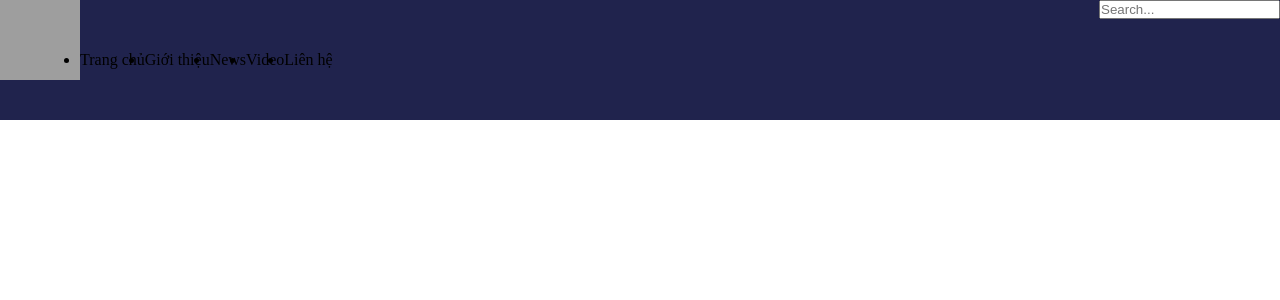
Repository: Luong-tung/newtopics
Page: index2.html
An editor plug-in stored every save of this project. The page is shown before and after the next save, followed by the edit.
The browser window is 1280 px wide. The pictures show the whole page.
Pictures or frames that could not be fetched are drawn as grey boxes. Some web libraries are served in a nearby version.

Above is the page before, as saved 2021-10-07 17:53:22.

### index2.html
<!DOCTYPE html>
<html lang="en">
<head>
    <meta charset="UTF-8">
    <meta http-equiv="X-UA-Compatible" content="IE=edge">
    <meta name="viewport" content="width=device-width, initial-scale=1.0">
    <title>trang web thương mai điện tử</title>
    <link rel="stylesheet" href="iu2.css">
    <link rel="stylesheet" href="https://pro.fontawesome.com/releases/v5.10.0/css/all.css" integrity="sha384-AYmEC3Yw5cVb3ZcuHtOA93w35dYTsvhLPVnYs9eStHfGJvOvKxVfELGroGkvsg+p" crossorigin="anonymous"/>
    <link rel="stylesheet" href="grid.css">

</head>
<body>
    <div class="header">
        <div class="logo">
            <img src="https://scontent.fhan3-5.fna.fbcdn.net/v/t1.15752-9/243148085_229171089102243_5702030057696055665_n.png?_nc_cat=109&ccb=1-5&_nc_sid=ae9488&_nc_ohc=MFQrVL-E3ZUAX81UgOR&_nc_ht=scontent.fhan3-5.fna&oh=bf2530340138a8a1eb55384dd7d37a9e&oe=6184EB79" alt="">


            <ul>
                <li><a href="#"></a>Trang chủ</li>
                <li><a href="#"></a>Giới thiệu</li>
                <li><a href="#"></a>News</li>
                <li><a href="#"></a>Video</li>
                <li><a href="#"></a>Liên hệ</li>
            </ul>
        </div>
        <div class="search">
            <form>
                <input type="text" name="Search" placeholder="Search...">
            </form>
        </div>









    </div>
    <script src="./main2.js"></script>
</body>
</html>

### iu2.css
*{
    padding: 0;
    margin: 0;

}
.header{
    width: 100%;
    height: 120px;
    background: rgb(32, 35, 77);
    display: flex;
    justify-content: space-between;

}
.header .logo img{
    width: 80px;
    height: 80px;

}
.header .logo{
    display: flex;

}
.header .logo ul{
    display: flex;
    align-items: center;
}

Loaded but not shown: grid.css (no stored copy; drawn as an empty file); main2.js (no stored copy; drawn as an empty file)

After the next save:
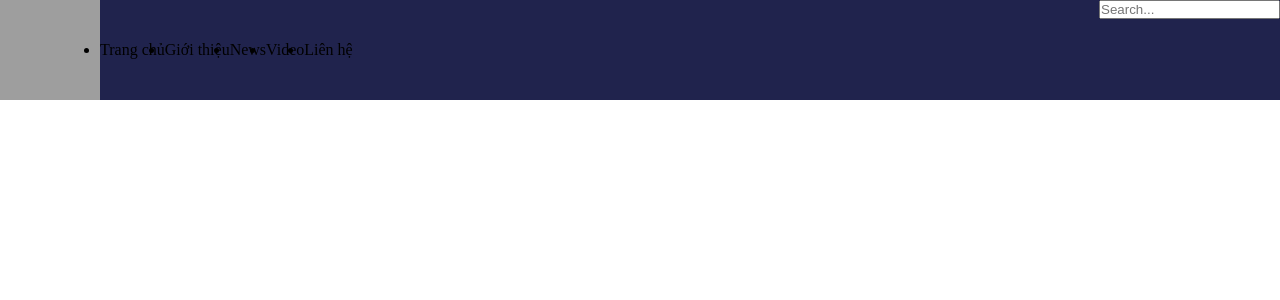
Saved 37 s later.
--- a/iu2.css
+++ b/iu2.css
@@ -5,15 +5,15 @@
 }
 .header{
     width: 100%;
-    height: 120px;
+    height: 100px;
     background: rgb(32, 35, 77);
     display: flex;
     justify-content: space-between;
 
 }
 .header .logo img{
-    width: 80px;
-    height: 80px;
+    width: 100px;
+    height: 100px;
 
 }
 .header .logo{
